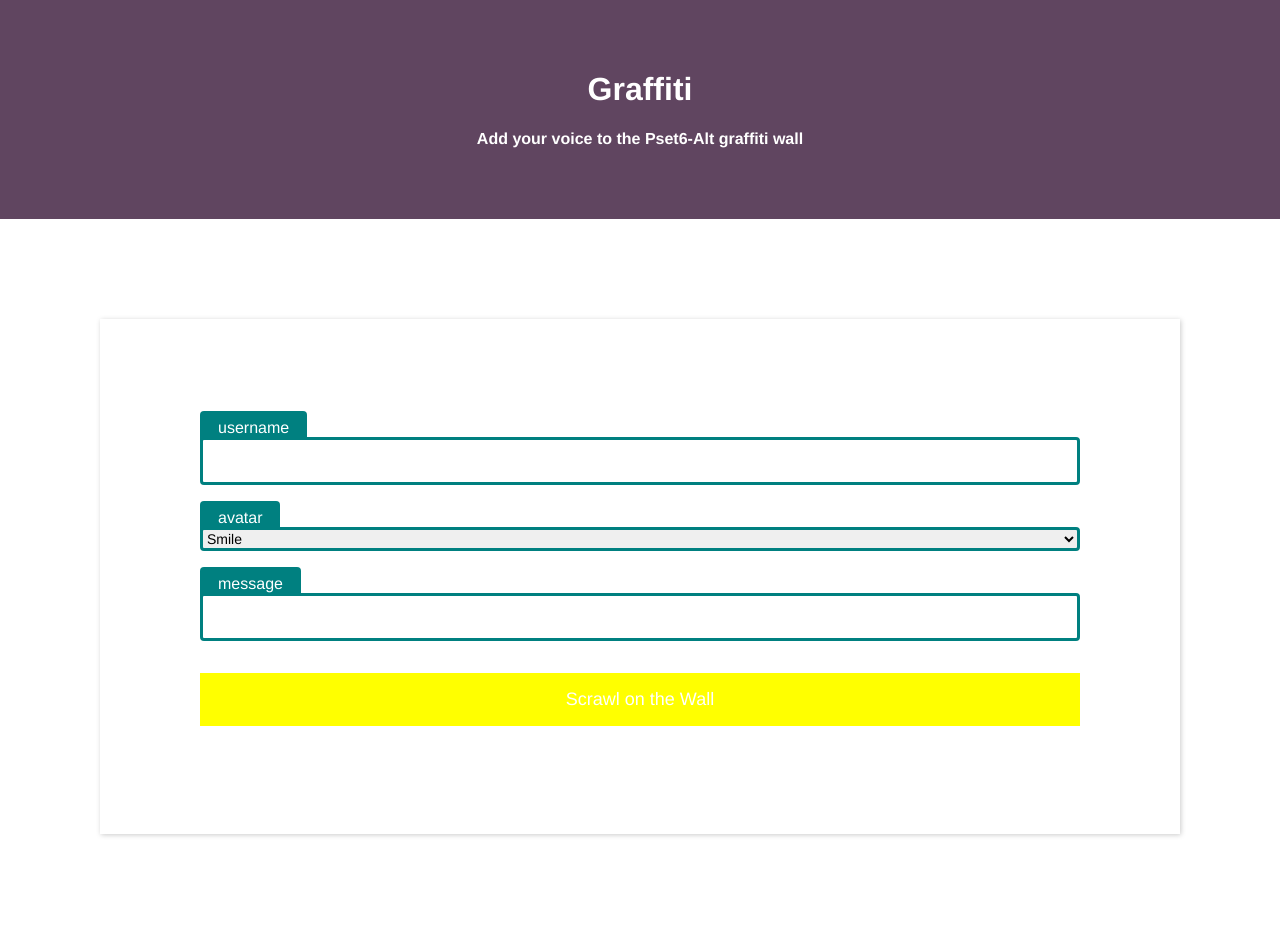
Repository: egniebauer/cs50x-LaunchCode
Page: pset-graffitiwall/graffiti.html
The author's editor kept a record of every edit. The page is drawn from the files as they stood at one moment, then again after the next edit.
The browser window is 1280 px wide. The pictures show the whole page.
Some web libraries are served in a nearby version.

Above is the page before.

### pset-graffitiwall/graffiti.html
<!DOCTYPE html>
<html>
<head>
    <title>Graffiti</title>
    <link rel="stylesheet" type="text/css" href="styles.css" />
</head>
<body>
    <div class="heading">
        <h1>Graffiti</h1>
        <h4>Add your voice to the Pset6-Alt graffiti wall</h4>
    </div>

    <div class="card">

        <!-- Don't change the id. Our JS script below is looking for "slackForm". -->
        <form id="slackForm" action="https://hooks.slack.com/services/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" method="POST">

            <!-- TODO: add the necessary fields, action, submit button, etc -->
            <label for="username">username</label><br />
            <input type="text" name="username"/><br />

            <label for="avatar">avatar</label><br />
            <select name="icon_emoji">
                <option value=":smile:">Smile</option>
                <option value=":muscle:">Muscle</option>
                <option value=":eyes:">Eyes</option>
                <option value=":baby_chick:">Baby Chick</option>
                <option value=":sushi:">Sushi</option>
                <option value=":moyai:">Moyai</option>
            </select><br />

            <label for="message">message</label><br />
            <input type="text" name="text"/><br />

            <input type="submit" value="Scrawl on the Wall">

        </form>
    </div>

    <!-- here we include some javascript: first a few libraries... -->
    <script src="https://ajax.googleapis.com/ajax/libs/jquery/1.8.3/jquery.min.js"></script>
    <script src="http://code.jquery.com/ui/1.9.2/jquery-ui.js"></script>

    <!-- ...and then our own script -->
    <script type="text/javascript">

        // first get a reference to the form
        var slackForm = document.getElementById("slackForm");

        // right before the form submits, execute the function called populatePayloadField
        slackForm.onsubmit = populatePayloadField;

        function populatePayloadField() {
            // convert form fields into a JSON string
            var formData = getFormData();
            delete formData.payload;
            jsonString = JSON.stringify(formData);

            // create a new hidden input and add it to the form
            var payloadInput = document.createElement("input");
            payloadInput.setAttribute("type", "hidden");
            payloadInput.setAttribute("name", "payload");
            payloadInput.setAttribute("value", jsonString);
            console.log(payloadInput);
            slackForm.appendChild(payloadInput);
            console.log(slackForm);
        }

        // a helper function to return a javascript object containing all the form's fields
        function getFormData() {
            var object = {};
            var fields = $("#slackForm").serializeArray();
            for (var i = 0; i < fields.length; i++) {
                var field = fields[i];
                object[field.name] = field.value;
            }
            return object;
        }
    </script>

</body>
</html>

### pset-graffitiwall/styles.css
body {
    margin: 0;
    font-size: 16px;
    font-family: helvetica;
}

.card {
    margin: 100px;
    padding: 100px;
    box-shadow: 1px 1px 5px #ccc;
}

.heading {
    padding: 50px;
    color: white;
    background: #604560;
    text-align: center;
}

input[type=text] {
    border: 3px solid teal;
    border-radius: 4px;
    width: 100%;
    padding: 12px 20px;
    box-sizing: border-box;
    display: inline-block;
    margin-top: 0;
    margin-bottom: 24px;
    margin-right: 0;
    margin-left: 0;
    font-size: 16px;
    font-family: helvetica;
}

select {
    border: 3px solid teal;
    border-radius: 4px;
    width: 100%;
    margin: 8px 0;
    box-sizing: border-box;
    margin-top: 0;
    margin-bottom: 24px;
    margin-right: 0;
    margin-left: 0;
    font-size: 14px;
    font-family: helvetica;
}

label {
    background-color: teal;
    border: none;
    color: white;
    padding: 8px 18px;
    border-radius: 4px;
    font-size: 16px;
    font-family: helvetica;
}

input[type=submit] {
    background-color: yellow;
    border: none;
    color: white;
    padding: 16px 20px;
    text-decoration: none;
    margin: 8px 0;
    cursor: pointer;
    width: 100%;
    font-size: 18px;
    font-family: helvetica;
}

After the next edit:
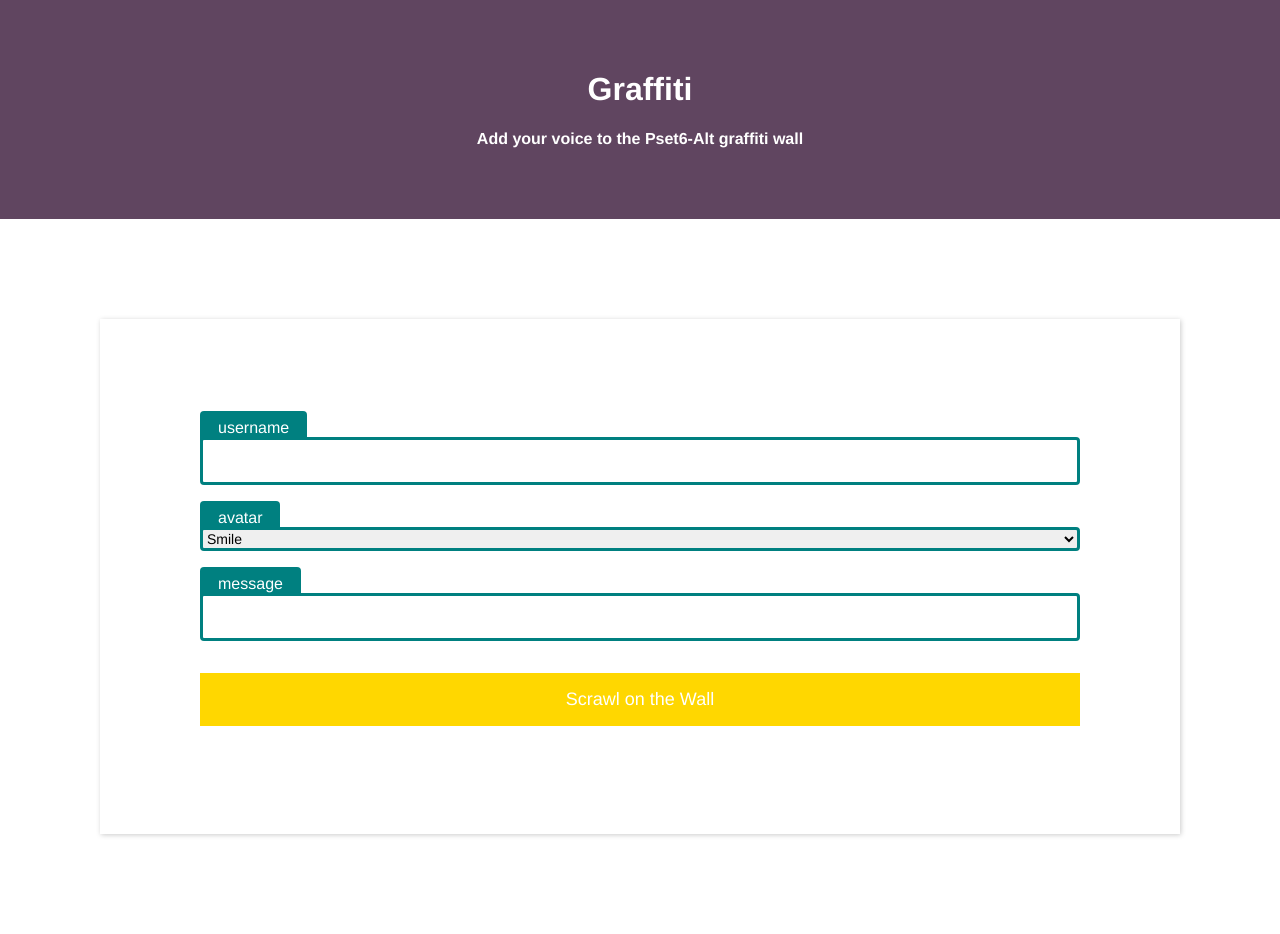
The edit:
--- a/pset-graffitiwall/styles.css
+++ b/pset-graffitiwall/styles.css
@@ -57,7 +57,7 @@
 }
 
 input[type=submit] {
-    background-color: yellow;
+    background-color: gold;
     border: none;
     color: white;
     padding: 16px 20px;
